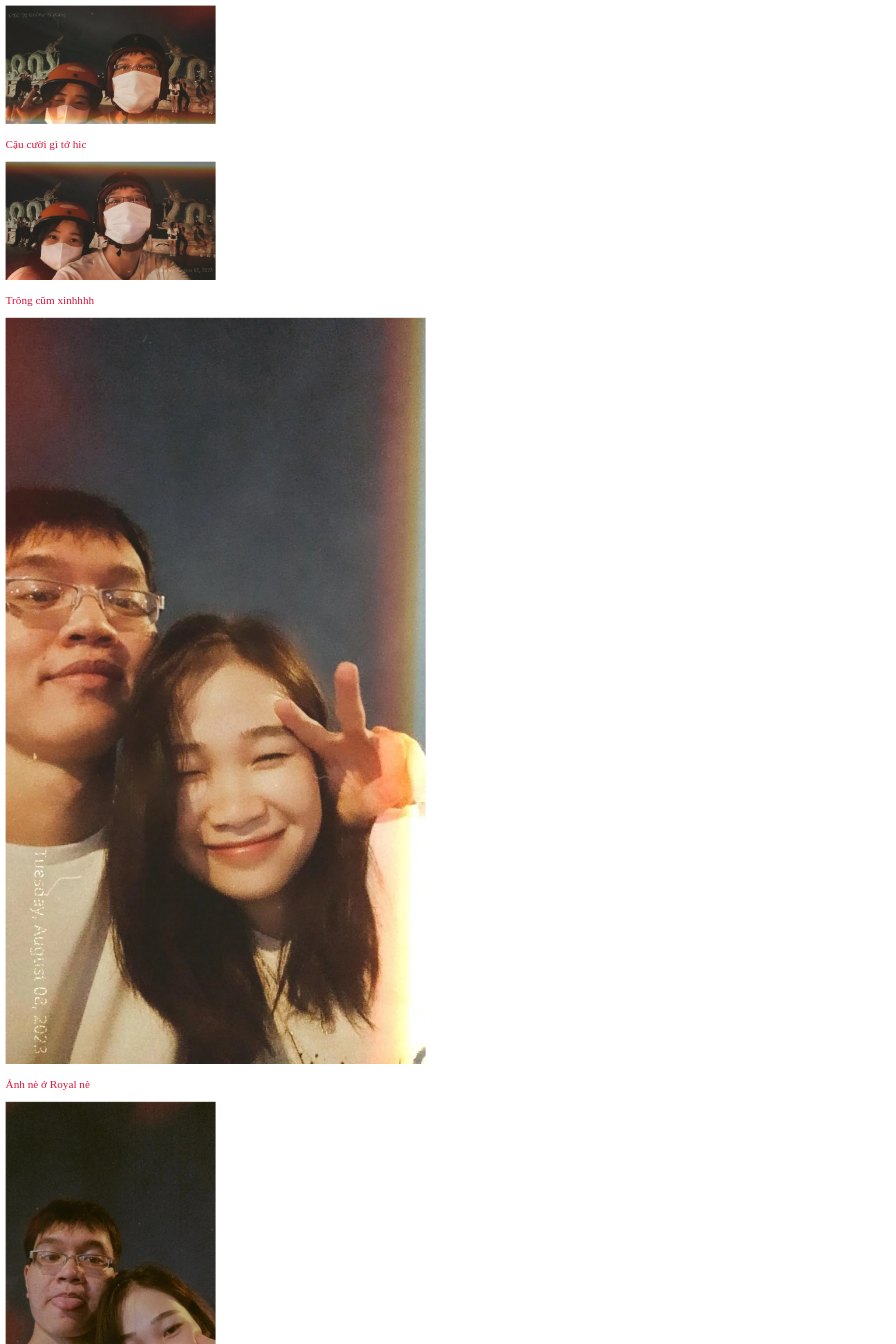
Repository: Hanhanh06/0907
Page: code/0908.html
An editor plug-in stored every save of this project. The page is shown before and after a run of saves, followed by the edit.
The browser window is 1280 px wide. The pictures show the part of the page from y = 0 to 1920 px (the page is 5577 px tall before and 4511 px after), at 70% of full size.

Above is the page before, as saved 2023-08-09 21:46:55.

After the next 2 saves:
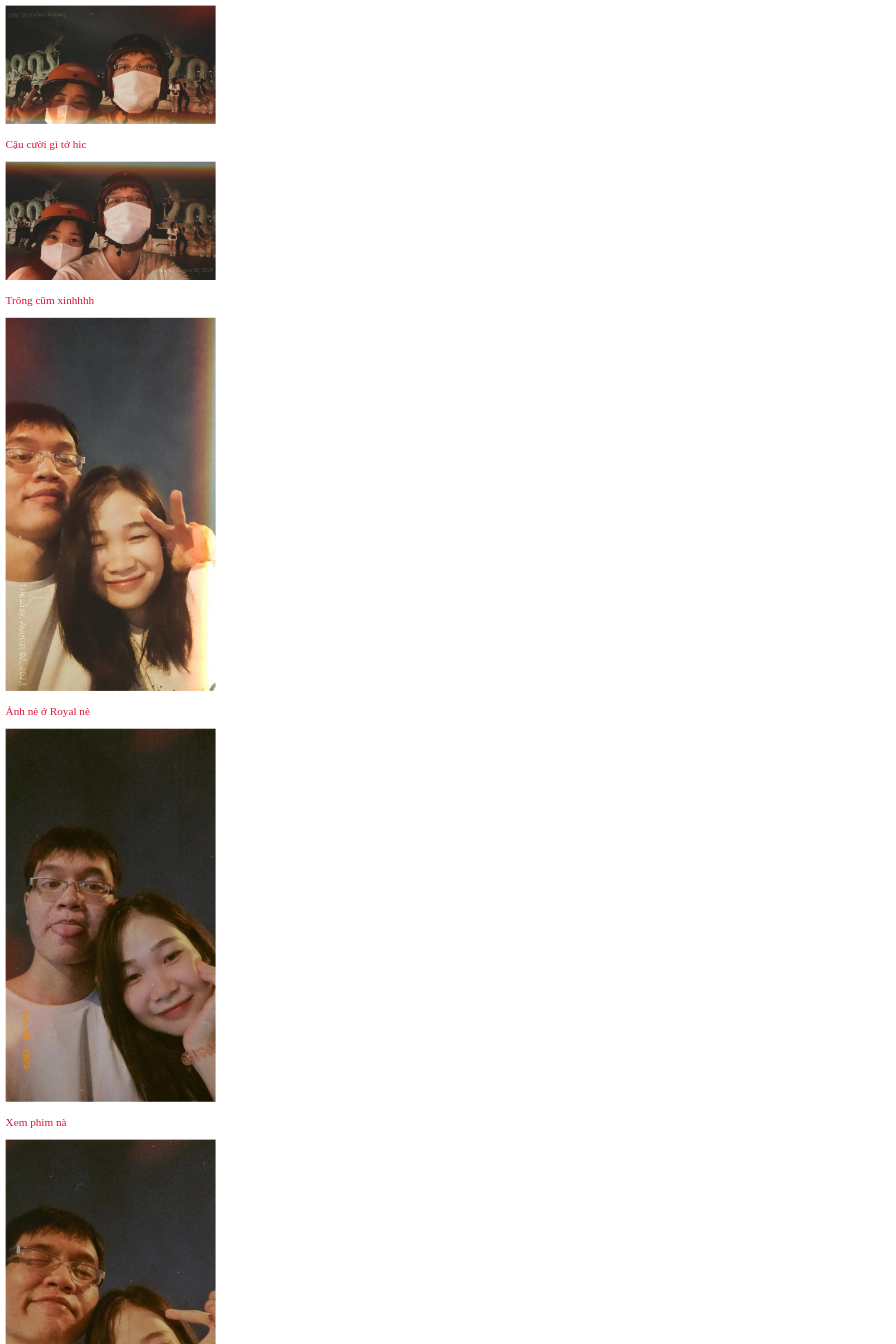
The 2 saves are shown as one change because they came seconds apart.
The last was saved 8 s later.
--- a/code/0908.html
+++ b/code/0908.html
@@ -16,11 +16,11 @@
        <p style="color: crimson;font-size: 16px;"> Cậu cười gì tớ hic </p>
        <img src="002.jpg" alt="Hình ảnh không tồn tại" width="300px">
        <p style="color: crimson;font-size: 16px;"> Trông cũm xinhhhh </p>
-       <img src="003.jpg" alt="Hình ảnh không tồn tại" width="600px">
+       <img src="003.jpg" alt="Hình ảnh không tồn tại" width="300px">
        <p style="color: crimson;font-size: 16px;"> Ảnh nè ở Royal nè</p>
        <img src="004.jpg" alt="Hình ảnh không tồn tại" width="300px">
        <p style="color: crimson;font-size: 16px;"> Xem phim nà </p>
-       <img src="005.jpg" alt="Hình ảnh không tồn tại" width="600px">
+       <img src="005.jpg" alt="Hình ảnh không tồn tại" width="300px">
        <p style="color: crimson;font-size: 16px;"> Trông cũm xinhhhh </p>
        <img src="006.jpg" alt="Hình ảnh không tồn tại" width="600px">
        <p style="color: crimson;font-size: 16px;"> Ảnh nè ở Royal nè</p>
